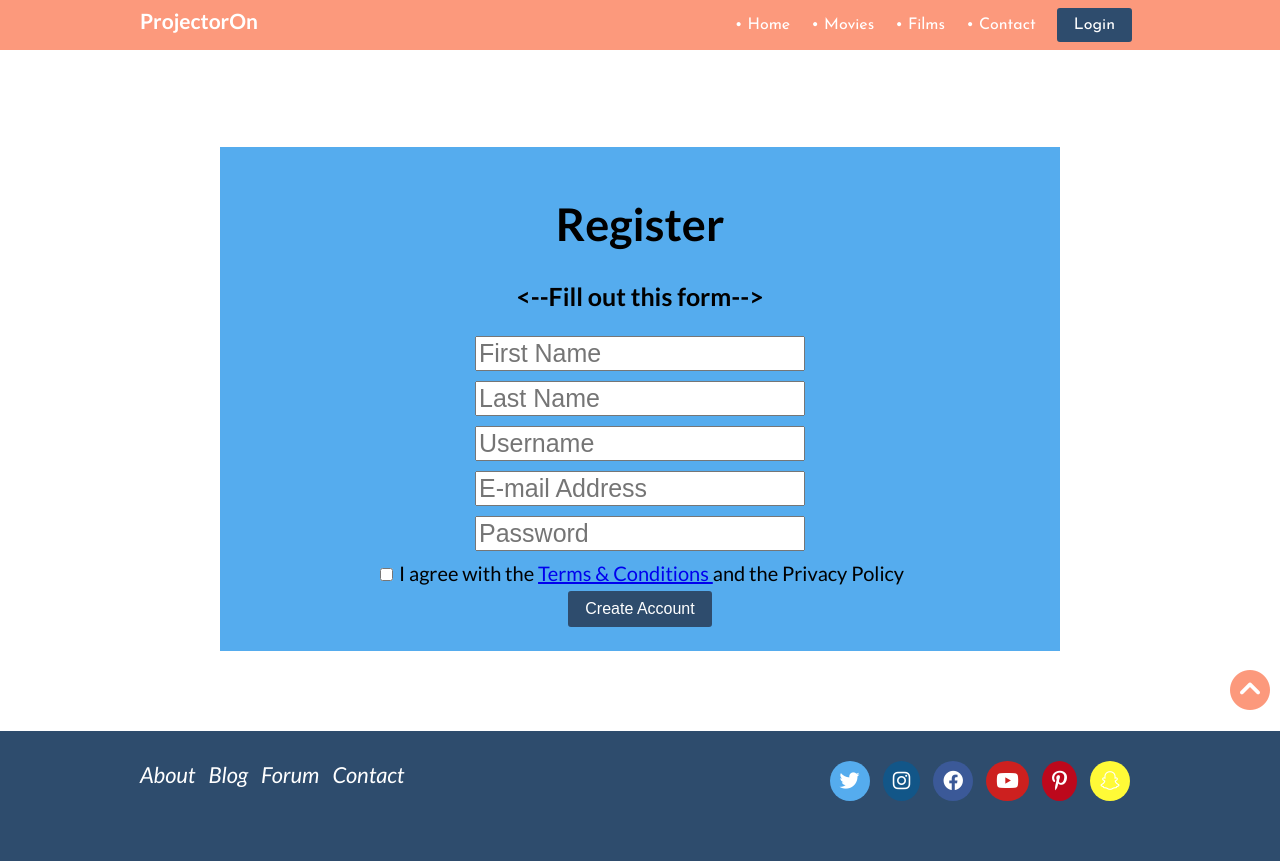
Repository: albayrakfatih/ProjectorOn_WebMovieApp
Page: register.html
An editor plug-in stored every save of this project. The page is shown before and after the next save, followed by the edit.
The browser window is 1280 px wide. The pictures show the whole page.
Some web libraries are served in a nearby version.

Above is the page before, as saved 2023-04-30 02:04:15.

### register.html
<!DOCTYPE html>
<html lang="en">
<head>
    <meta charset="UTF-8">
    <meta http-equiv="X-UA-Compatible" content="IE=edge">
    <meta name="viewport" content="width=device-width, initial-scale=1.0">
    <title>Movie App</title>
    <!-- <link rel="stylesheet" href="https://cdnjs.cloudflare.com/ajax/libs/font-awesome/6.3.0/css/all.min.css" integrity="sha512-SzlrxWUlpfuzQ+pcUCosxcglQRNAq/DZjVsC0lE40xsADsfeQoEypE+enwcOiGjk/bSuGGKHEyjSoQ1zVisanQ==" crossorigin="anonymous" referrerpolicy="no-referrer" /> -->
    <!-- <link rel="preconnect" href="https://fonts.googleapis.com">
    <link rel="preconnect" href="https://fonts.gstatic.com" crossorigin>
    <link href="https://fonts.googleapis.com/css2?family=Josefin+Sans:wght@400;700&family=Lato:ital,wght@0,400;0,700;1,400;1,700&display=swap" rel="stylesheet"> -->
    <!-- <link rel="stylesheet" href="css/buttons.css"> -->
    <link rel="stylesheet" href="css/styles.css">


</head>
<body id="body">

    <header class="main-header">
        <div class="container">
            <a href="#" class="main-header__logo">ProjectorOn</a>
            <nav class="main-nav">
                <ul class="main-nav__items">
                    <li class="main-nav__item">
                        <a href="#">Home</a>
                    </li>
                    <li class="main-nav__item">
                        <a href="#">Movies</a>
                    </li>
                    <li class="main-nav__item">
                        <a href="#">Films</a>
                    </li>
                    <li class="main-nav__item">
                        <a href="#">Contact</a>
                    </li>
                    <li class="main-nav__item main-nav__item--login">
                        <a class="btn btn-secondary" href="#">Login</a>
                    </li>
                </ul>
            </nav>
        </div>
    </header>

   <main class="signup-page">
    <div class="container">
        <div class="row">
            <div class="register-card-container">
                <div class="register-card">
                    <h1>Register</h1>
                    <h3> <--Fill out this form--> </h2>
                    <form action="" class="signup-form">
                        <input type="text" id="firstname" placeholder="First Name"><br>
                        <input type="text" id="lastname" placeholder="Last Name"><br>
                        <input type="text" id="username" placeholder="Username"><br>
                        <input type="email" id="email" placeholder="E-mail Address"><br>
                        <input type="password" id="password" placeholder="Password"><br>
                        <input type="checkbox" id="agree-terms">
                        <label for="agree-terms">I agree with the <a href="#">Terms &amp; Conditions </a> and the Privacy Policy </label><br>
                        <button type="submit" class="btn btn-secondary">Create Account</button>
                    </form>
                </div>
            </div>
        </div>
    </div>
   </main>

    <footer>
        <div class="container">
            <div class="row">
                <div class="col-2">
                    <ul id="footer-links">
                        <li><a href="">About</a></li>
                        <li><a href="">Blog</a></li>
                        <li><a href="">Forum</a></li>
                        <li><a href="">Contact</a></li>
                    </ul>
                </div>
                <div class="col-2">
                    <ul id="social-links">
                        <li><a href="" class="fab fa-twitter"></a></li>
                        <li><a href="" class="fab fa-instagram"></a></li>
                        <li><a href="" class="fab fa-facebook"></a></li>
                        <li><a href="" class="fab fa-youtube"></a></li>
                        <li><a href="" class="fab fa-pinterest-p"></a></li>
                        <li><a href="" class="fab fa-snapchat"></a></li>
                    </ul>
                </div>
            </div>
        </div>
    </footer>

    <a href="#body" id="backtotop">
        <i class="fas fa-chevron-circle-up"></i>
    </a>

</body>
</html>

### css/styles.css
@import url("https://cdnjs.cloudflare.com/ajax/libs/font-awesome/6.3.0/css/all.min.css");
@import url('https://fonts.googleapis.com/css2?family=Josefin+Sans:wght@400;700&family=Lato:ital,wght@0,400;0,700;1,400;1,700&display=swap');
@import url("buttons.css");



html {
    scroll-behavior: smooth;
}

*{
    box-sizing: border-box;
}
body{
    margin: 0px;
    font-family: 'Lato', sans-serif;
}
main{
    margin-top: 47px;
}
#showcase{
     background: /*linear-gradient(to bottom, rgba(252, 153, 124,0.1),rgb(250, 81, 30,0.3)),  */
    url('../img/projector1.jpg');
    background-position: center left;
    background-repeat: no-repeat;
    background-size: cover;
    background-attachment: fixed;
    border-top: 3px solid #fff;
    /*border: 4px solid white;*/
    height: 100vh;
    width: 100%;
    color: aliceblue;
    position: relative;
}
#showcase .content {
    position: absolute;
    font-size: 25px;
    margin: 0;
    top: 50%;
    left: 50%;
    transform: translate(-50%,-50%);
    width: 60%;
    background-color: rgba(46,76,109,0.3);
    color: #fff;
    padding: 20px;
    border-radius: 10px;
}


#how-it-works{
    background-color: #fff;
    padding: 10px;
    text-align: center;/*text-align kalıtım yolu ile aktarılabiliyor. bu yüzden tüm how-it-works section öğelerine center dedim.*/
}

.main-header{
    background-color: #FC997C;
    padding: 8px 16px;
    position: fixed;
    top: 0;
    z-index: 1;
    width: 100%;
}
.main-nav{
    display: inline-block;
    width: calc(100% - 121px);
    text-align: right;
    font-family: 'Josefin Sans', sans-serif;
}
.main-nav__items{
    list-style: none;
    margin: 0px;
    padding: 0px;
}
.main-nav__item{
    display: inline-block;
    margin: 0 8px;
}

.main-header__logo{
    color: #fff;
    text-decoration: none;
    font-weight: bold;
    font-size: 21px;
}

.main-nav__item a{
    text-decoration: none;
    color: #fff;
}
.main-nav__item a:hover{
    color:#160140;
}
.main-nav__item a:active{
    color: #fff;
}
.main-nav__item::before{
    content: '\2022';
    color: #fff;
}
.main-nav__item:hover::before{
    color: #160140;
}
.main-nav__item:active::before{
    color: #fff;
}
/* .main-nav__item--login a{
     color:#fff;
    background-color: #160140;
    border: 2px solid #fff;
    padding: 4px 16px;
    border-radius: 6px;
    font-weight: bold;
} */
/* .main-nav__item--login a:hover{
    border-color: #160140;
    color: #160140;
    background-color: #fff;
} */
.main-nav__item--login::before{
    content: none;
}

.row{
    margin-bottom: 30px;
    /* margin-top: 20px; */
}
/* .col-2{
    display: inline-block;
    width: calc(50% - 2px);
    height:350px;
    background-color: tomato;
    vertical-align:top;
}
.col-3{
    display: inline-block;
    width: 30%;
    padding: 16px;
    margin: 8px;
} */
.col-2 {
    float: left;
    width: 50%;
}
.col-3 {
    float: left;
    width: 33.3%;
}
.col-4 {
    float: left;
    width: 25%;
}

.icon-box h3{
    font-size: 25px;
    color: #3e4555;
}
.icon-box i{
    color: #FC997C;
}

.features-left{
    background-image: url("../img/titanic.jpg");
    background-position: center top;
    background-size: cover;
}
.features-right{
    background-color: #edf5f7;
    padding: 40px 20px;
}
.features-right h2{
    font-size: 30px;
}
.features-left,
.features-right {
    height: 350px;
}


.btn-view-features{
    background-color: #FC997C;
    color: #fff;
    padding: 7px 15px;
    border: 1px solid #FC997C;
    text-decoration: none;
    font-size: 14px;
    font-family: 'Josefin Sans', sans-serif;
    border-radius: 3px;
    display: inline-block;
    margin-top: 15px;
}
.btn-view-features:hover{
    color: #FC997C;
    background-color: #fff;
}
.section-title{
    text-align: center;
    margin-bottom: 40px;
    font-weight:700;
    font-size: 30px;
    color: #3e4555;
}
.plan{
    text-align: center;
    padding: 10px;
}

.plan__badge{
    background-color: orange;
    color: red;
    padding: 8px;
    border-radius: 5px;
}

.plan--featured {
    position: relative;
    top: -30px;
}

.recommended_plan{
    color: #ffffff;
    background-color: mediumblue!important;

}

 /* .clearfix{
    content: "";    .clearfix yerine .row sınıfını kullandık
    display: block;
    clear: both;
}  */
.row::after{
    content: "";
    display: block;
    clear: both;
}

.container{
    margin: 0 auto;
    width: 1000px;
}

.inner-plan{
    background-color:#edf5f7;
    padding: 25px 15px;
    border-radius: 5px;
    box-shadow:  0px 5px 15px rgba(0, 0, 0, 0.35);
    transition: box-shadow .8s;
}
.inner-plan:hover{
    box-shadow: 0px 5px 15px rgba(0, 0, 0, 0.7);
}


#backtotop {
    position: fixed;
    bottom: 10px;
    right: 10px;
}
#backtotop i {
    font-size: 40px;
    background-color:transparent;
    color: #fc997C;
    transition: color .6s;
}
#backtotop i:hover {
    color: #fb7850;
}

.counter {
    background: linear-gradient(to bottom, #FC997C 0%, #FC8b69 100%);
    text-align: center;
    padding:50px;
}
.counter h4 {
    margin-top: 0;
    color: #fff;
}
.counter__item{
    font-weight: 700;
    font-size: 25px;
    color: #fff;
}

/*----------movies--------------*/

.card-container {
    padding: 10px;
}
.card {
     /* width: 20vw;  veya 300px;  */
    background-color: #fff;
    box-shadow: rgba(14, 30, 37, 0.12) 0px 2px 4px 0px, rgba(14, 30, 37, 0.32) 0px 2px 16px 0px;
    cursor: pointer;
    border-radius: 5px;
    /* height: 90vh;  */
    position: relative;
    top: 0;
    transition: all .5s;
}
.card:hover {
    top: -10px;
    box-shadow: rgba(14, 30, 37, 0.9) 0px 2px 4px 0px, rgba(14, 30, 37, 0.9) 0px 2px 16px 0px;
}
.card-title {
    text-align: center;
}
.card-image {
    width:100%;
    /*height:45vh;*/
    max-height: 350px;
}
.card-button {
    text-align: center;
}
.card-body {
    padding: 30px;
}

/*-------------- footer --------------*/

footer {
    background-color: #2E4C6D;
    padding: 30px;
    margin-top: 25px;
}

footer a {
    color: #fff;
    font-size: 22px;
    text-decoration: none;
    font-style: italic;
}
footer ul {
    margin: 0;
    padding:0;
}

footer ul li {
    list-style-type: none;
    display: inline-block;
    margin-right: 10px;
}

#social-links {
    text-align: right;
}

.fab {
    padding: 10px;
    font-size: 20px;
    border-radius: 50%;
}
.fab:hover {
    opacity: 0.5;
}

.fa-twitter {
    background-color: #55acee;
    color: #fff;
}
.fa-instagram {
    background-color: #125688;
    color: #fff;
}
.fa-facebook {
    background-color: #3b5998;
    color: #fff;
}
.fa-youtube {
    background-color: #cd201f;
    color: #fff;
}
.fa-pinterest-p {
    background-color: #bd081c;
    color: #fff;
}
.fa-snapchat {
    background-color: #fffa37;
    color: #fff;
}

/*------------- register-card ------------*/

.register-card {
    background-color: #55acee;
    margin-top: 50px;
    padding:20px;
    height:70vh;
    cursor: pointer;
}
.signup-form {
    text-align: center;
}
.register-card h1 {
    font-size: 45px;
}
.register-card h3 {
    font-size: 25px;
}
.register-card h1,h3 {
    text-align: center;
}
.signup-form input {
    font-size: 25px;
    margin-bottom: 10px;
    background-color: ;
}
.signup-form label {
    font-size: 20px;
    margin-bottom: 20px;
}
.register-card-container {
    padding: 50px 80px;
}

### css/buttons.css


.btn {
    text-align: center;
    text-decoration: none;
    display: inline-block;
    padding: 7px 15px;
    font-size: 16px;
    cursor: pointer;
    border: none;
    border-radius: 3px;
    transition-duration: .8s;
}

.btn-primary{
    background-color: #FC997c;
    color: #fff;
    border: 2px solid #FC997c;
}
.btn-primary:hover{
    background-color: #fff;
    color: #FC997c;
    border: 2px solid #FC997c;
}
.btn-outline-primary{
    background-color: #fff;
    color: #FC997c;
    border: 2px solid #FC997c;
}
.btn-outline-primary:hover{
    background-color: #FC997c;
    color: #fff;
    border: 2px solid #FC997c;
}



.btn-secondary{
    background-color: #2E4C6D;
    color: #fff;
    border: 2px solid #2E4C6D;
}
.btn-secondary:hover{
    background-color: #fff;
    color: #2E4C6D;
    border: 2px solid #2E4C6D;
}
.btn-outline-secondary{
    background-color: #fff;
    color: #2E4C6D;
    border: 2px solid #2E4C6D;
}
.btn-outline-secondary:hover{
    background-color: #2E4C6D;
    color: #fff;
    border: 2px solid #2E4C6D;
}

After the next save:
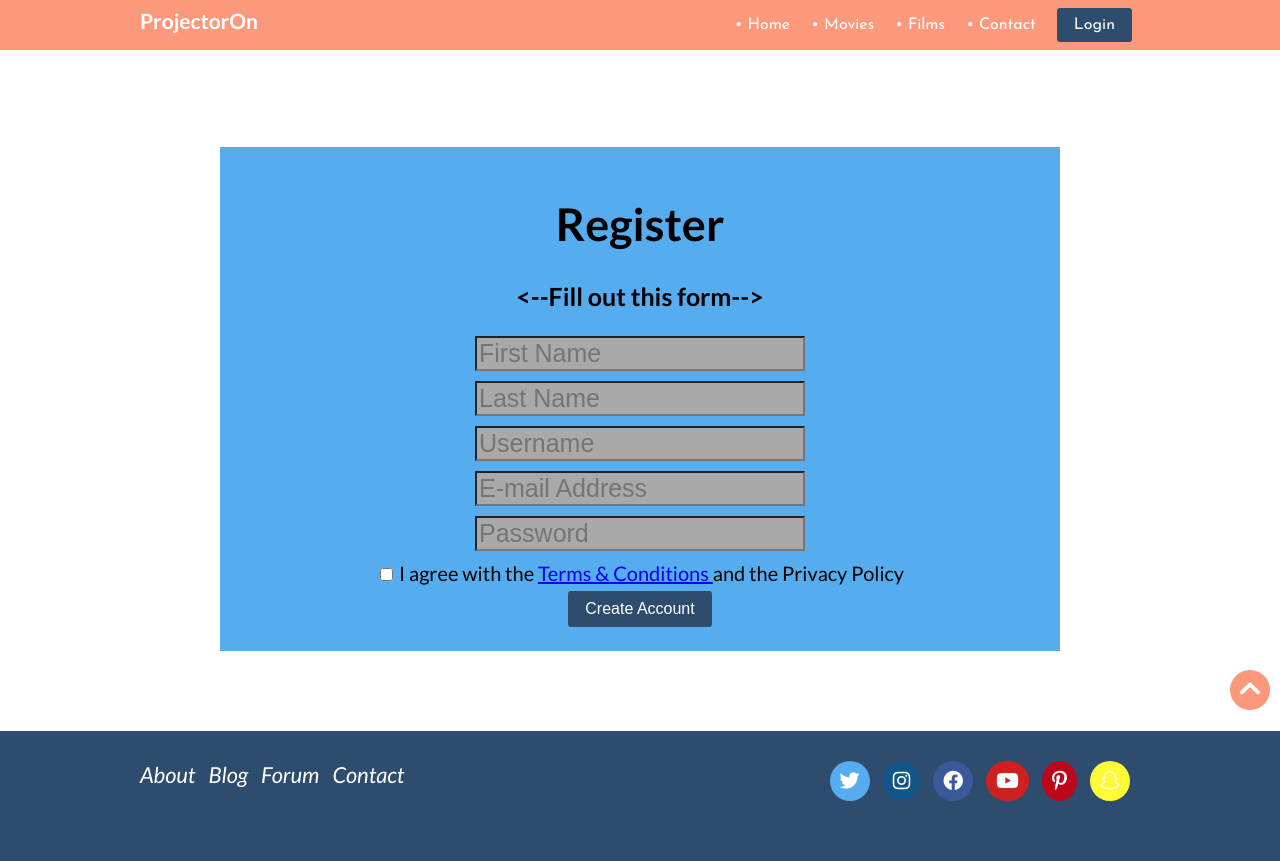
Saved 8 s later.
--- a/css/styles.css
+++ b/css/styles.css
@@ -403,7 +403,7 @@
 .signup-form input {
     font-size: 25px;
     margin-bottom: 10px;
-    background-color: ;
+    background-color: darkgray;
 }
 .signup-form label {
     font-size: 20px;

After the save that followed:
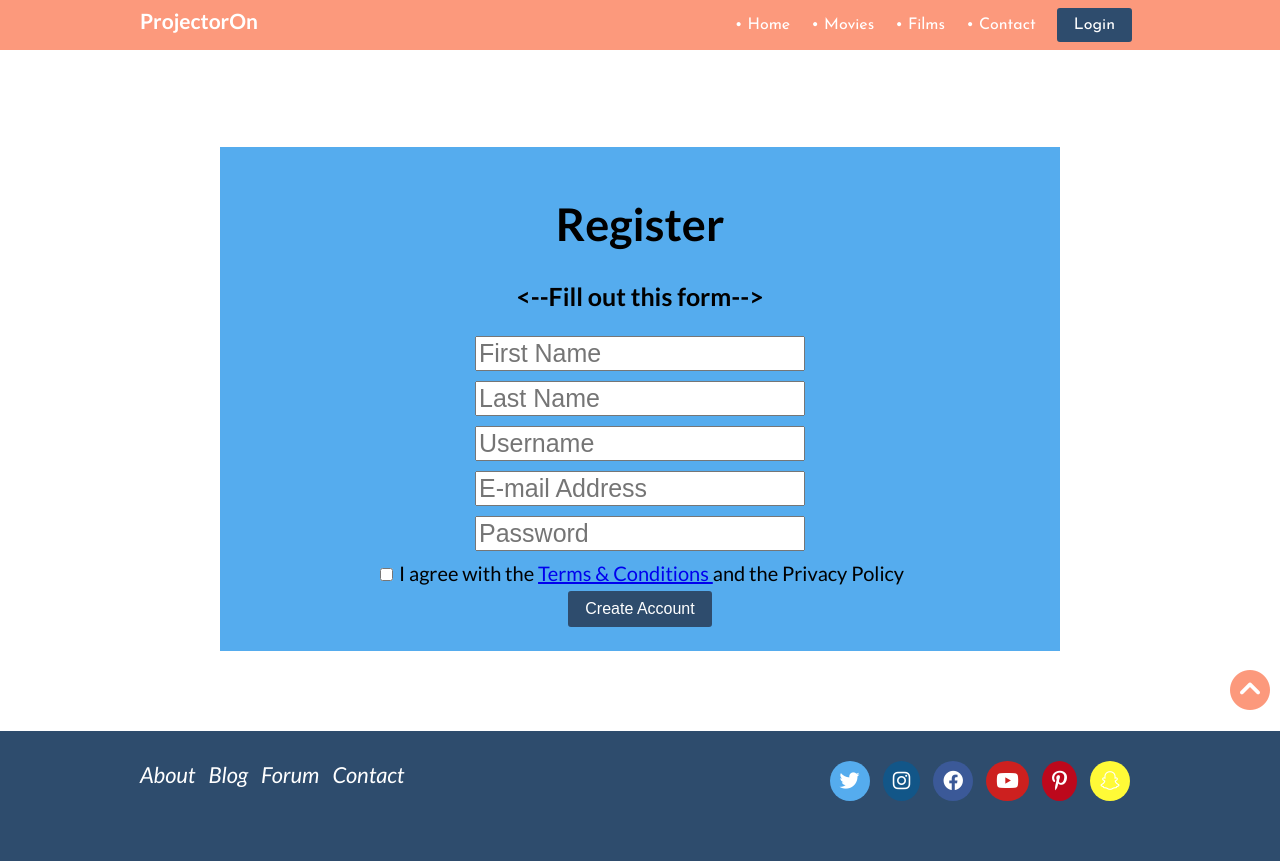
Saved 13 s later.
--- a/css/styles.css
+++ b/css/styles.css
@@ -403,7 +403,7 @@
 .signup-form input {
     font-size: 25px;
     margin-bottom: 10px;
-    background-color: darkgray;
+    background-color: ;
 }
 .signup-form label {
     font-size: 20px;
